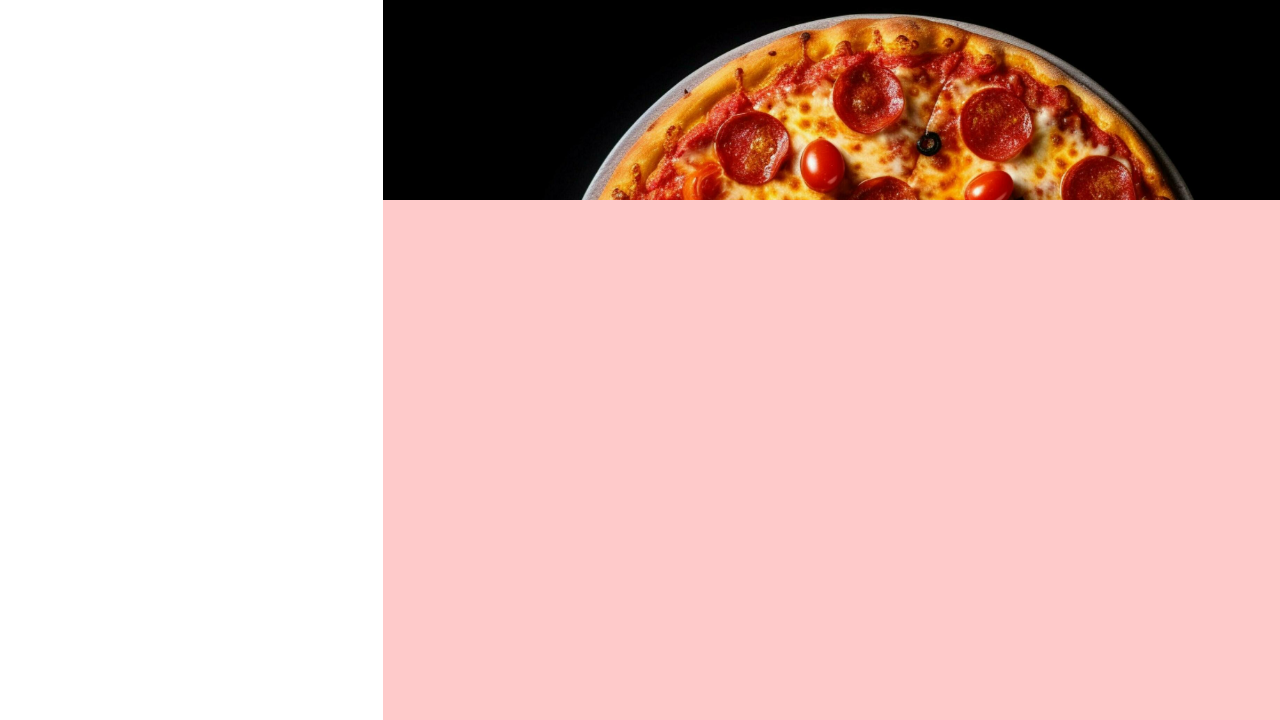
Repository: zahranaserii/FastFoodProject
Page: /
The author's editor kept a copy of each file at every save. The page is drawn from the files as they stood at one save, then again after the next save.
The browser window is 1280 px wide. The pictures show the whole page.
The project was rebuilt for these pictures with package versions that can differ from the ones it lists, and the page was loaded fresh each time.

Above is the page before, as saved 2023-11-17 11:28:00.

After the next save:
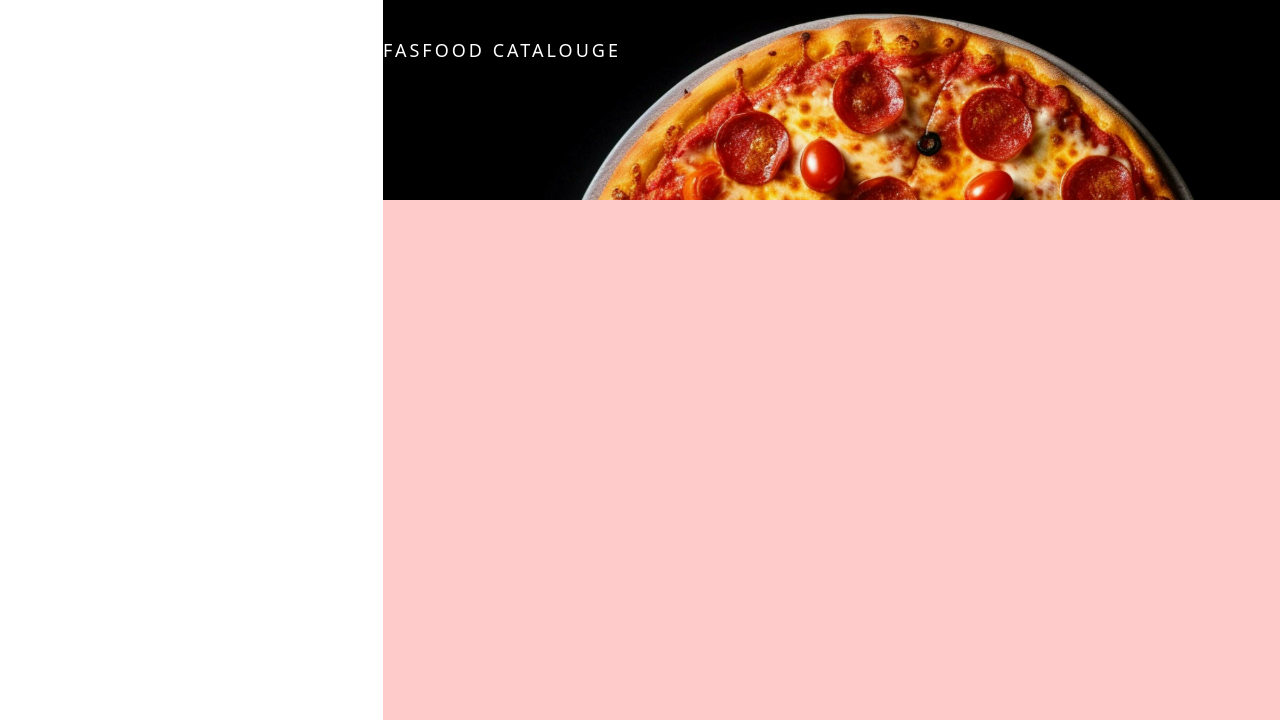
Saved 6 s later.
--- a/src/Header/Header.jsx
+++ b/src/Header/Header.jsx
@@ -4,7 +4,7 @@ const Header = () => {
   return (
     <header className="bg-cover">
       <div className="container pt-9">
-        <h1 className="text-black text-lg text-end uppercase">
+        <h1 className="text-white text-lg text-end uppercase">
           fasfood catalouge
         </h1>
       </div>
